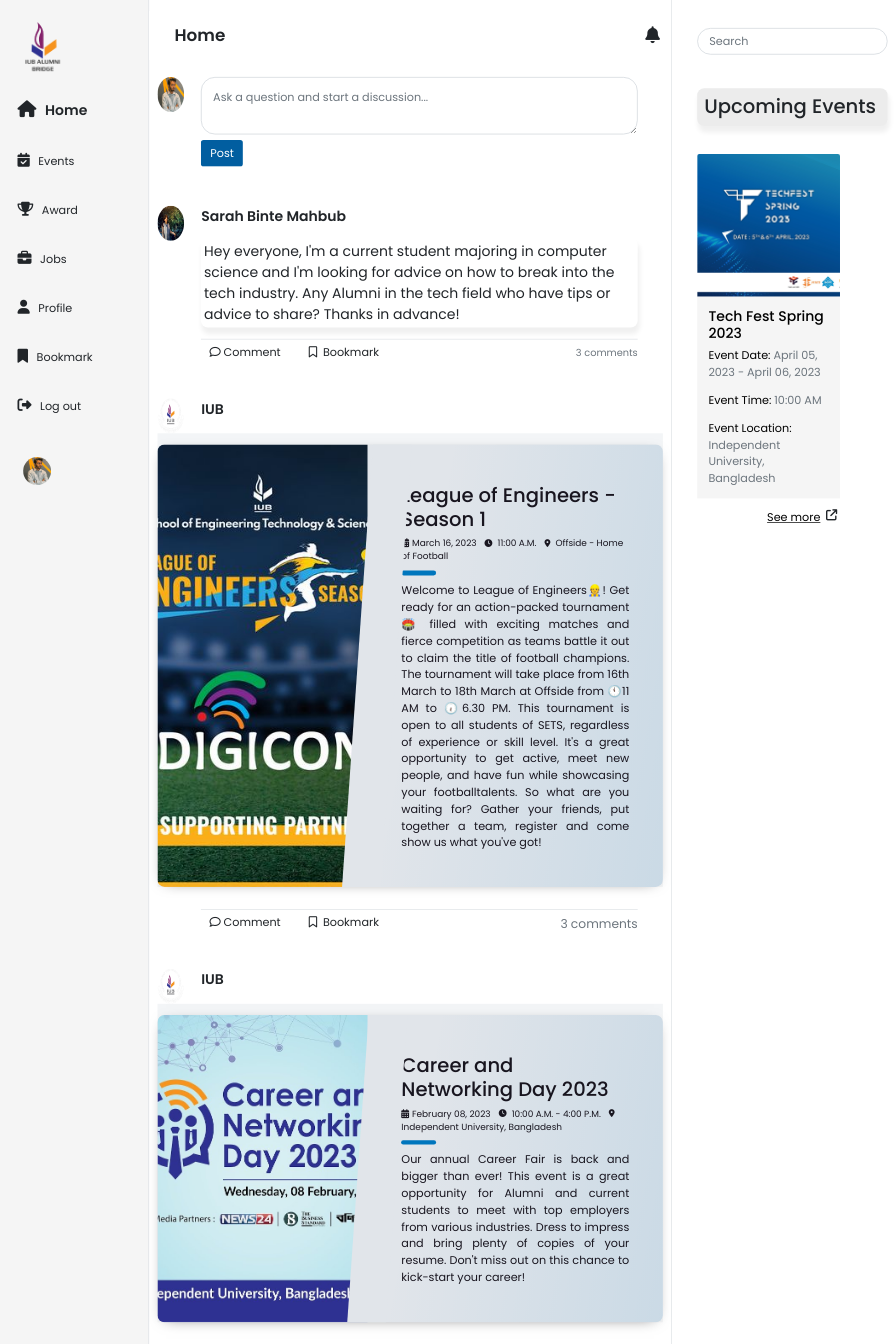
Repository: injamam00155/IUB_Alumni_Bridge
Page: Frontend/student/home.html
The author's editor kept a copy of each file at every save. The page is drawn from the files as they stood at one save, then again after the next save.
The browser window is 1280 px wide. The pictures show the part of the page from y = 0 to 1920 px (the page is 3053 px tall), at 70% of full size.
Some web fonts or font styles are not loaded; a fallback is used. Some web libraries are served in a nearby version.

Above is the page before, as saved 2023-04-04 22:32:36.

After the next save:
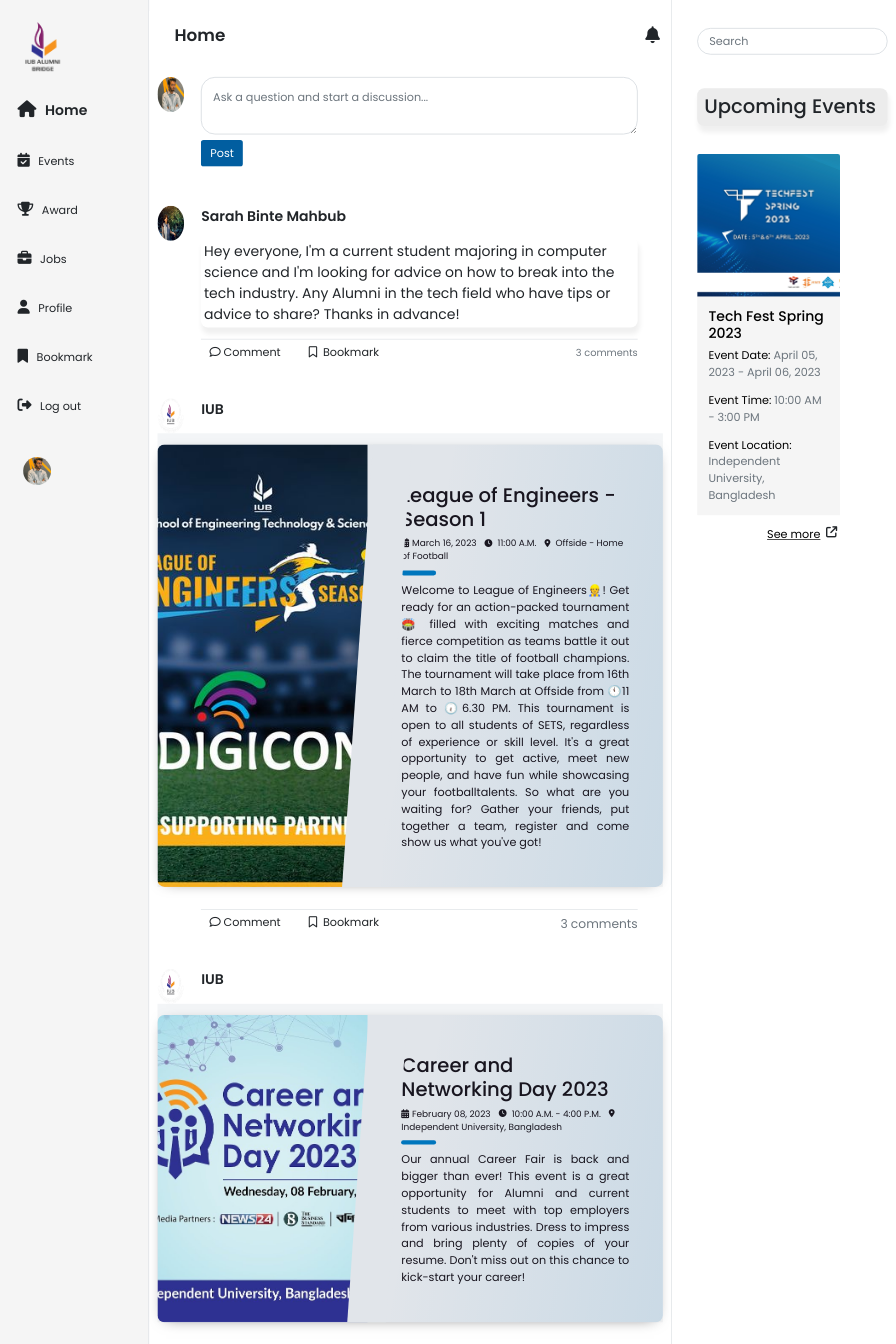
Saved 13 s later.
--- a/Frontend/student/home.html
+++ b/Frontend/student/home.html
@@ -556,7 +556,7 @@
                         </p>
                         <p class="card-text">
                           Event Time:
-                          <span class="text-muted">10:00 AM</span>
+                          <span class="text-muted">10:00 AM - 3:00 PM</span>
                         </p>
                         <p class="card-text">
                           Event Location:
